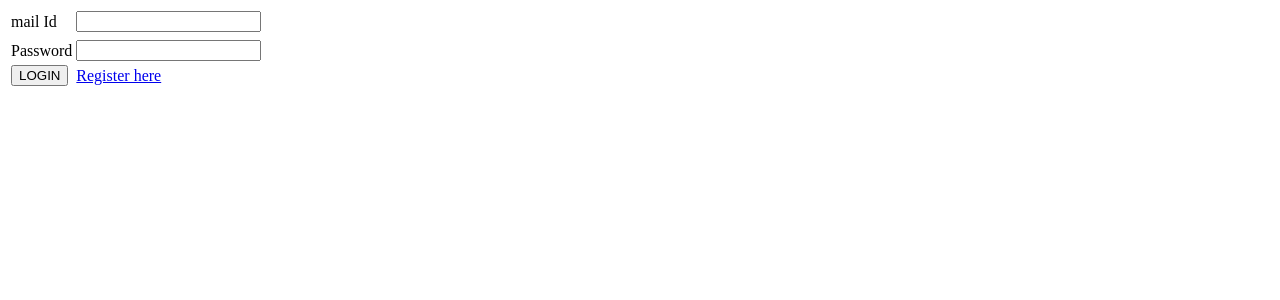
Repository: zeeshan495/Banking_project
Page: http://localhost/Banking/LoginForm.jsp
The author's editor kept a copy of each file at every save. The page is drawn from the files as they stood at one save, then again after the next save.
The browser window is 1280 px wide. The pictures show the whole page.
The page is served by Tomcat 9. Nobody is signed in. The application's start-up code is not run.

Above is the page before, as saved 2018-11-08 16:07:37.

After the next save:
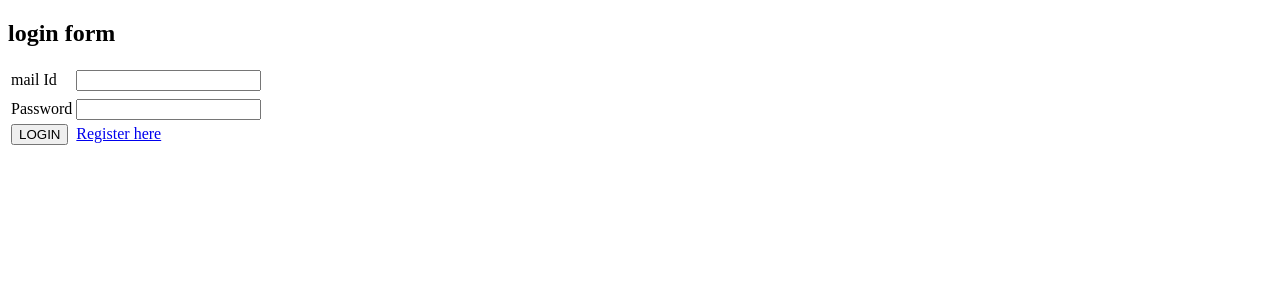
Saved 31 s later.
--- a/Banking/WebContent/LoginForm.jsp
+++ b/Banking/WebContent/LoginForm.jsp
@@ -7,6 +7,7 @@
 <title>Login Form</title>
 </head>
 <body>
+<h2>login form</h2>
 <table>
 				<tr>
 					<td>mail Id</td>
